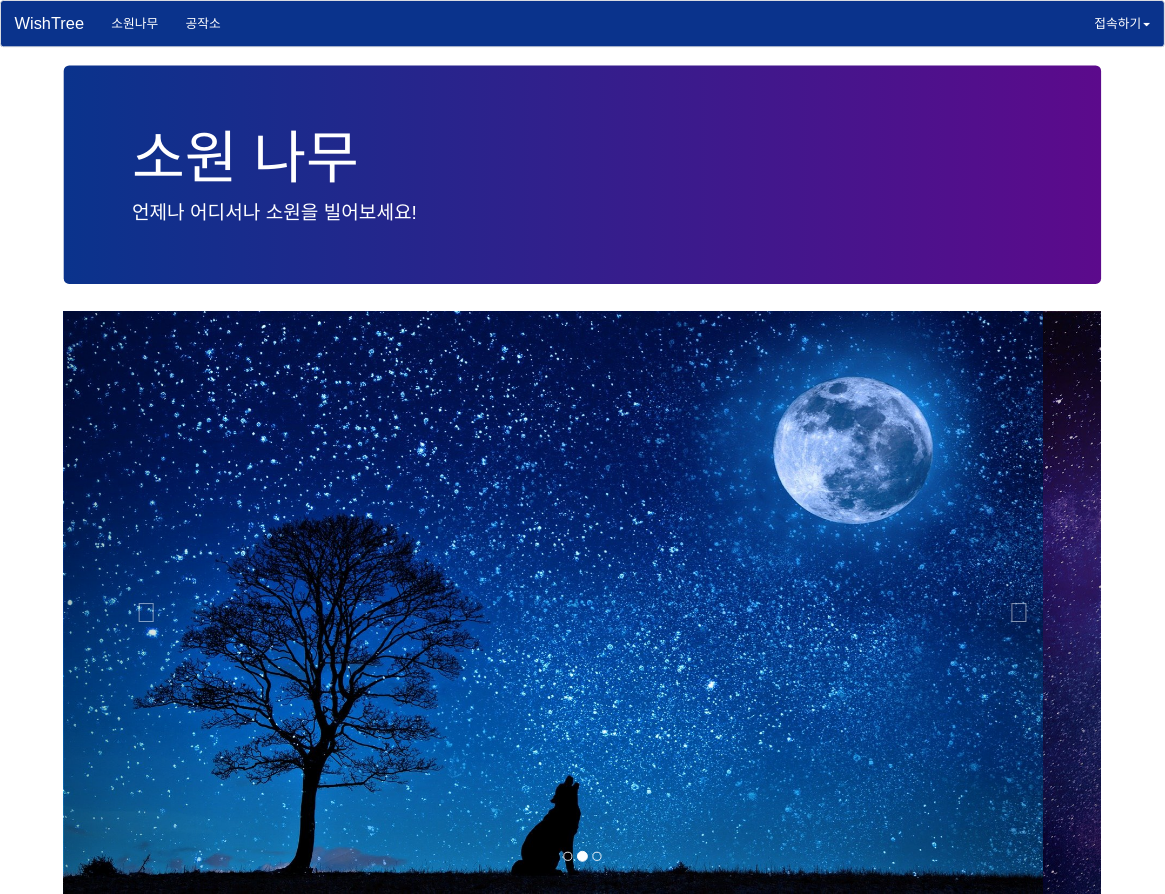
Repository: jongah/WishTree
Page: http://localhost/text/main.jsp
These files come from the project's save history. The page is drawn as it stood at one moment and after a run of saves; the edit follows.
The browser window is 1280 px wide. The pictures show the whole page, at 91% of full size.
Some web fonts or font styles are not loaded; a fallback is used. Some web libraries are served in a nearby version. The page is served by Tomcat 9. Other server files are loaded and not shown.

Above is the page before, as saved 2021-05-05 15:15:33.

### text/WebContent/main.jsp
<%@ page language="java" contentType="text/html; charset=UTF-8"
	pageEncoding="UTF-8"%>
<!DOCTYPE html>
<html>
<head>
<meta charset="UTF-8">
<meta name="viewport" content="width=device-width" initial-scale="1" />
<link rel="stylesheet" href="css/bootstrap.css">
<link rel="stylesheet" href="css/custom.css">
<title>소원나무</title>
</head>
<body>
	<%
		String userID = null;
		// 로그인이 되어있으면 세션에 값이 있을 것이다.
		if (session.getAttribute("userID") != null) {
			userID = (String) session.getAttribute("userID");
		}
	%>
	<nav class="navbar navbar-default">
		<div class="navbar-header">
			<button type="button" class="navbar-toggle collapsed"
				data-toggle="collapse" data-target="#bs-example-navbar-collapse-1"
				aria-expanded="false">
				<span class="icon-bar"></span> <span class="icon-bar"></span> <span
					class="icon-bar"></span>
			</button>
			<a href="main.jsp" class="navbar-brand">WishTree</a>
		</div>
		<div class="collapse navbar-collapse"
			id="bs-example-navbar-collapse-1">
			<ul class="nav navbar-nav">
				<li><a href="main.jsp">소원나무</a></li>
				<li><a href="bbs.jsp">공작소</a></li>
			</ul>
			<%
				if (userID == null) {
			%>
			<ul class="nav navbar-nav navbar-right">
				<li class="dropdown"><a href="#" class="dropdown-toggle"
					data-toggle="dropdown" role="button" aria-haspopup="true"
					aria-expanded="false">접속하기<span class="caret"></span></a>
					<ul class="dropdown-menu">
						<li><a href="login.jsp">로그인</a></li>
						<li><a href="join.jsp">회원가입</a></li>
					</ul></li>
			</ul>
			<%
				} else {
			%>
			<ul class="nav navbar-nav navbar-right">
				<li class="dropdown"><a href="#" class="dropdown-toggle"
					data-toggle="dropdown" role="button" aria-haspopup="true"
					aria-expanded="false">회원관리<span class="caret"></span></a>
					<ul class="dropdown-menu">
						<li><a href="logoutAction.jsp">로그아웃</a></li>
					</ul></li>
			</ul>
			<%
				}
			%>
		</div>
	</nav>

	<div class="container">
		<div class="jumbotron">
			<div class="container">
				<h1>소원 나무</h1>
				<p>언제나 어디서나 소원을 빌어보세요!</p>
			</div>
		</div>
	</div>

	<div class="container">
		<div id="myCarousel" class="carousel slide" data-ride="carousel">
			<ol class="carousel-indicators">
				<li data-target="#myCarousel" data-slide-to="0" class="active"></li>
				<li data-target="#myCarousel" data-slide-to="1"></li>
				<li data-target="#myCarousel" data-slide-to="2"></li>
			</ol>
			<div class="carousel-inner">
				<div class="item active">
					<img src="images/wolf.jpg">
				</div>
				<div class="item">
					<img src="images/space.jpg">
				</div>
				<div class="item">
					<img src="images/letters.jpg">
				</div>
			</div>
			<a href="#myCarousel" class="left carousel-control" data-slide="prev">
				<span class="glyphicon-chevron-left"></span>
			</a>
			<a href="#myCarousel" class="right carousel-control" data-slide="next">
				<span class="glyphicon-chevron-right"></span>
			</a>
		</div>
	</div>


	<script src="https://code.jquery.com/jquery-3.1.1.min.js"></script>
	<script src="js/bootstrap.js"></script>
</body>
</html>

### text/WebContent/css/custom.css
@import url('https://fonts.googleapis.com/css2?family=Nanum+Gothic&display=swap');
@import url(//fonts.googleapis.com/earlyaccess/hanna.css);

*{
	font-family : 'Nanum Gothic', sans-serif;
}
h1{
	font-family : 'Hanna', sans-serif;
}
.jumbotron{
	color:white;
	background: linear-gradient(90deg, #0a338c, #5c0a8c);
}
.navbar-default{
	background-color:#0a338c;
}
.navbar .nav > li > a {
	color:white;
}
.navbar .navbar-right{
	color:white;
}
.navbar .navbar-header .navbar-brand{
	color:white;
}

Loaded but not shown: text/WebContent/css/bootstrap.css (library); text/WebContent/js/bootstrap.js (library)

After the next 2 saves:
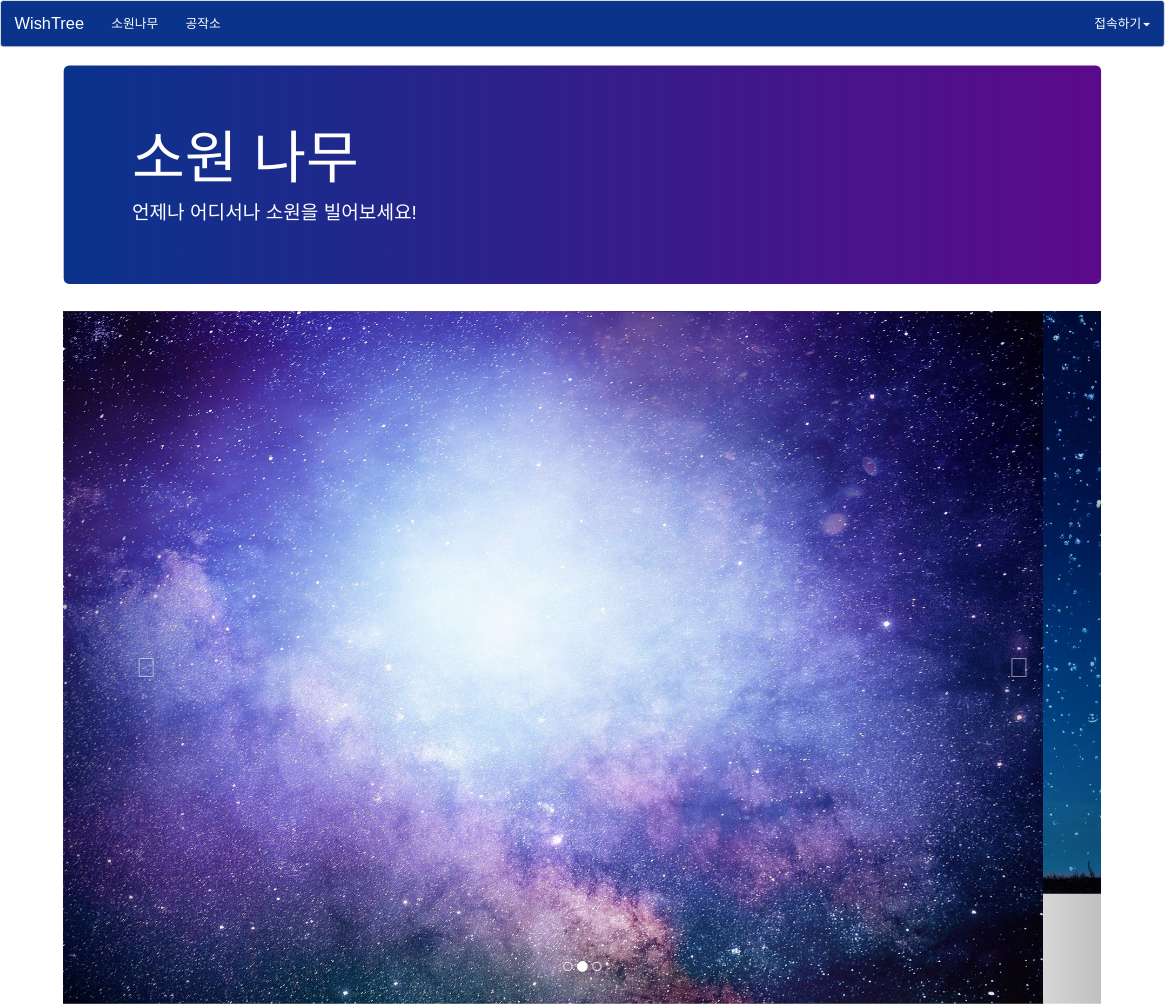
The 2 saves are shown as one change because they came seconds apart.
The last was saved 20 s later.
--- a/text/WebContent/main.jsp
+++ b/text/WebContent/main.jsp
@@ -80,10 +80,10 @@
 			</ol>
 			<div class="carousel-inner">
 				<div class="item active">
-					<img src="images/wolf.jpg">
+					<img src="images/space.jpg">
 				</div>
 				<div class="item">
-					<img src="images/space.jpg">
+					<img src="images/wolf.jpg">
 				</div>
 				<div class="item">
 					<img src="images/letters.jpg">
